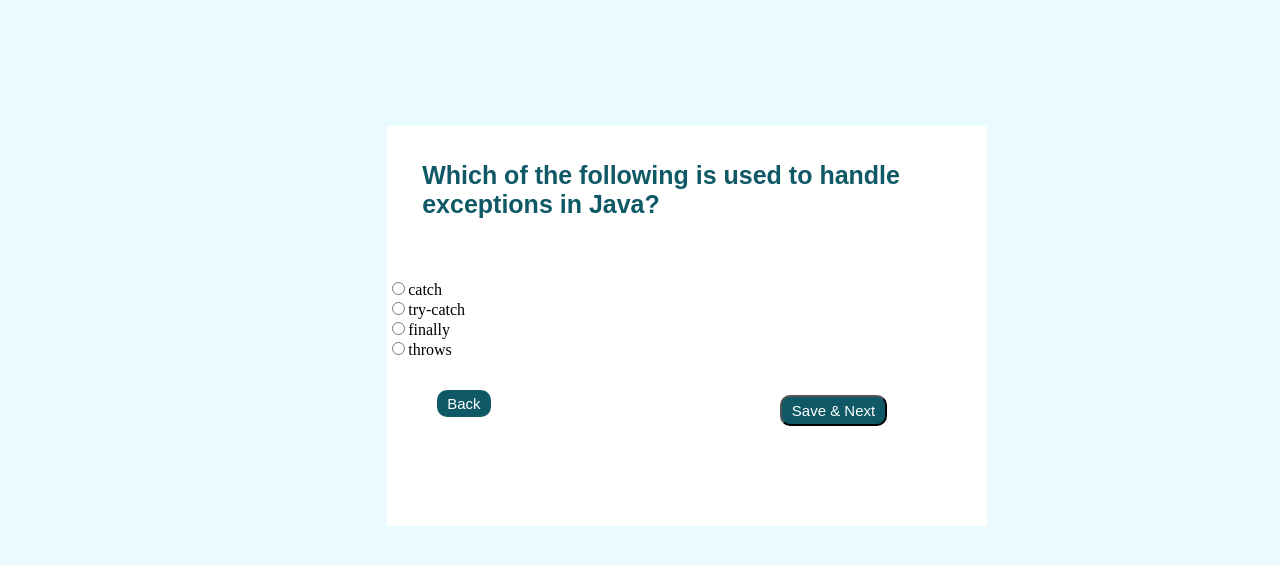
Repository: Rupali-8062Chourasiya5279/Internship_Task_Rupali
Page: Programming Language/quiz/QuizApp/src/main/webapp/First.html
These files come from the project's save history. The page is drawn as it stood at one moment and after the next save; the edit follows.
The browser window is 1280 px wide. The pictures show the whole page.

Above is the page before, as saved 2025-01-24 13:49:55.

After the next save:
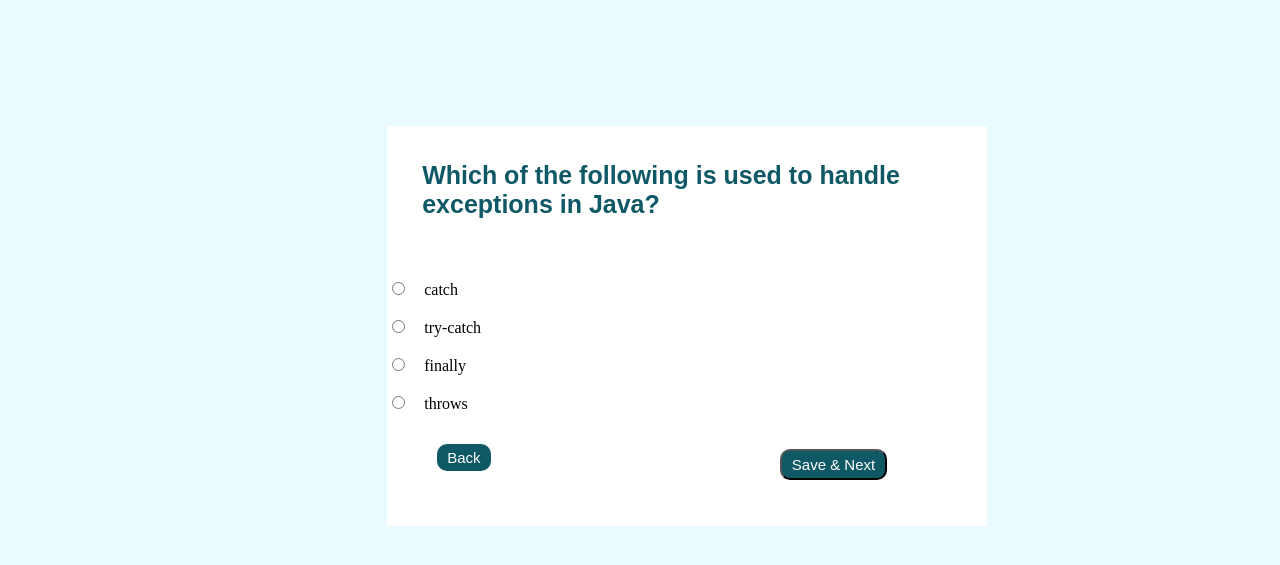
Saved 117 s later.
--- a/Programming Language/quiz/QuizApp/src/main/webapp/First.html
+++ b/Programming Language/quiz/QuizApp/src/main/webapp/First.html
@@ -57,10 +57,10 @@ margin-top: 10%;
 	<form action="First">
 	<div id="div1">
 	<h3>Which of the following is used to handle exceptions in Java?</h3>
-	<input type="radio" name="q1" value="catch">catch</input><br>
-	<input type="radio" name="q1" value="try-catch">try-catch</input><br>
-	<input type="radio" name="q1" value="finally">finally</input><br>
-	<input type="radio" name="q1" value="throws">throws</input><br>
+	<input type="radio" name="q1" value="catch">&emsp;catch</input><br><br>
+	<input type="radio" name="q1" value="try-catch">&emsp;try-catch</input><br><br>
+	<input type="radio" name="q1" value="finally">&emsp;finally</input><br><br>
+	<input type="radio" name="q1" value="throws">&emsp;throws</input><br>
 	<br><br>
 	<a id = "a" href="rules.html">Back</a>
 	<input id = "sub" type="submit" value="Save & Next">
